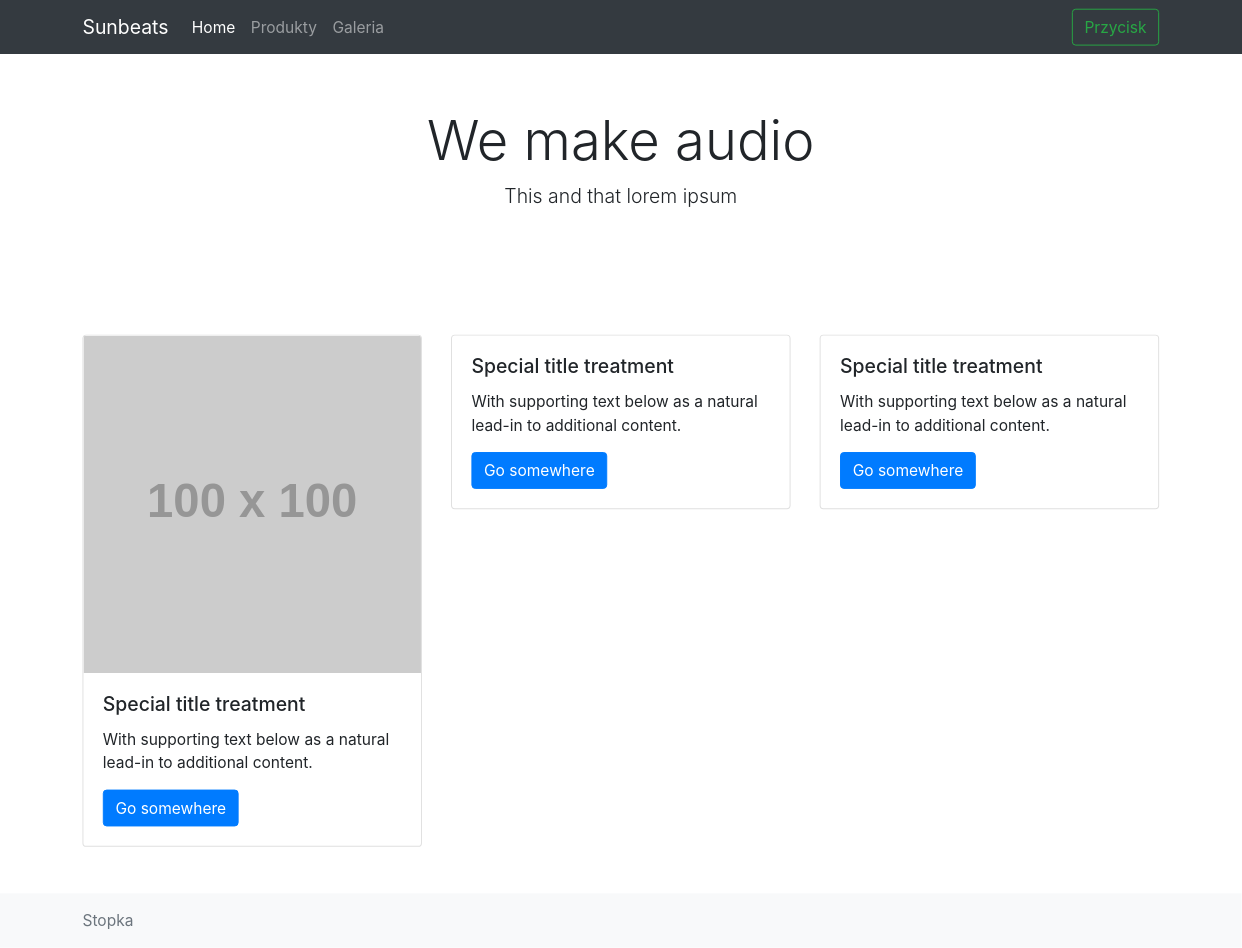
Repository: Audio-site/sunbeats
Page: index.html
An editor plug-in stored every save of this project. The page is shown before and after the next save, followed by the edit.
The browser window is 1280 px wide. The pictures show the whole page, at 97% of full size.

Above is the page before, as saved 2020-08-25 01:01:24.

### index.html
<!doctype html>
<html lang="en" class="h-100">

<head>
  <meta charset="utf-8">
  <meta name="viewport" content="width=device-width, initial-scale=1, shrink-to-fit=no">
  <meta name="description" content="">
  <meta name="author" content="Mark Otto, Jacob Thornton, and Bootstrap contributors">
  <meta name="generator" content="Jekyll v4.1.1">
  <title>Sunbeats</title>

  <link rel="canonical" href="https://getbootstrap.com/docs/4.5/examples/sticky-footer-navbar/">

  <!-- Bootstrap core CSS -->
  <link href="../assets/dist/css/bootstrap.min.css" rel="stylesheet">

</head>
<div class="d-flex flex-column h-100">
  <header>
    <!-- Fixed navbar -->
    <nav class="navbar navbar-expand-md navbar-dark fixed-top bg-dark">
      <div class="container">
        <a class="navbar-brand" href="#">Sunbeats</a>
        <button class="navbar-toggler" type="button" data-toggle="collapse" data-target="#navbarCollapse"
          aria-controls="navbarCollapse" aria-expanded="false" aria-label="Toggle navigation">
          <span class="navbar-toggler-icon"></span>
        </button>
        <div class="collapse navbar-collapse" id="navbarCollapse">
          <ul class="navbar-nav mr-auto">
            <li class="nav-item active">
              <a class="nav-link" href="../index.html">Home <span class="sr-only">(current)</span></a>
            </li>
            <li class="nav-item">
              <a class="nav-link" href="../products.html">Produkty</a>
            </li>
            <li class="nav-item">
              <a class="nav-link" href="#">Galeria</a>
            </li>
          </ul>
          <button class="btn btn-outline-success my-2 my-sm-0" type="submit">Przycisk</button>
        </div>
      </div>
    </nav>
  </header>

  <!-- Begin page content -->
  <main role="main">
    <div class="jumbotron jumbotron-fluid text-center my-5 bg-white">
      <div class="container">
        <h1 class="display-4">We make audio</h1>
        <p class="lead">This and that lorem ipsum</p>
      </div>
    </div>

    <section>
      <div class="container">


        <div class="row my-5">


          <div class="col-sm-4">
            <div class="card">
              <img src="https://placehold.it/100x100" class="card-img-top" alt="...">
              <div class="card-body">
                <h5 class="card-title">Special title treatment</h5>
                <p class="card-text">With supporting text below as a natural lead-in to additional content.</p>
                <a href="#" class="btn btn-primary">Go somewhere</a>
              </div>
            </div>
          </div>
          <div class="col-sm-4">
            <div class="card">
              <div class="card-body">
                <h5 class="card-title">Special title treatment</h5>
                <p class="card-text">With supporting text below as a natural lead-in to additional content.</p>
                <a href="#" class="btn btn-primary">Go somewhere</a>
              </div>
            </div>
          </div>
          <div class="col-sm-4">
            <div class="card">
              <div class="card-body">
                <h5 class="card-title">Special title treatment</h5>
                <p class="card-text">With supporting text below as a natural lead-in to additional content.</p>
                <a href="#" class="btn btn-primary">Go somewhere</a>
              </div>
            </div>
          </div>

        </div>


      </div>
    </section>

  </main>


  <footer class="footer mt-auto py-3 bg-light">
    <div class="container">
      <span class="text-muted">Stopka</span>
    </div>
  </footer>
  <script src="https://code.jquery.com/jquery-3.5.1.slim.min.js"
    integrity="sha384-DfXdz2htPH0lsSSs5nCTpuj/zy4C+OGpamoFVy38MVBnE+IbbVYUew+OrCXaRkfj" crossorigin="anonymous">
  </script>
  <script>
    window.jQuery || document.write('<script src="../assets/js/vendor/jquery.slim.min.js"><\/script>')
  </script>
  <script src="../assets/dist/js/bootstrap.bundle.min.js"></script>

</html>

Loaded but not shown: assets/dist/css/bootstrap.min.css (library); assets/dist/js/bootstrap.bundle.min.js (library)

After the next save:
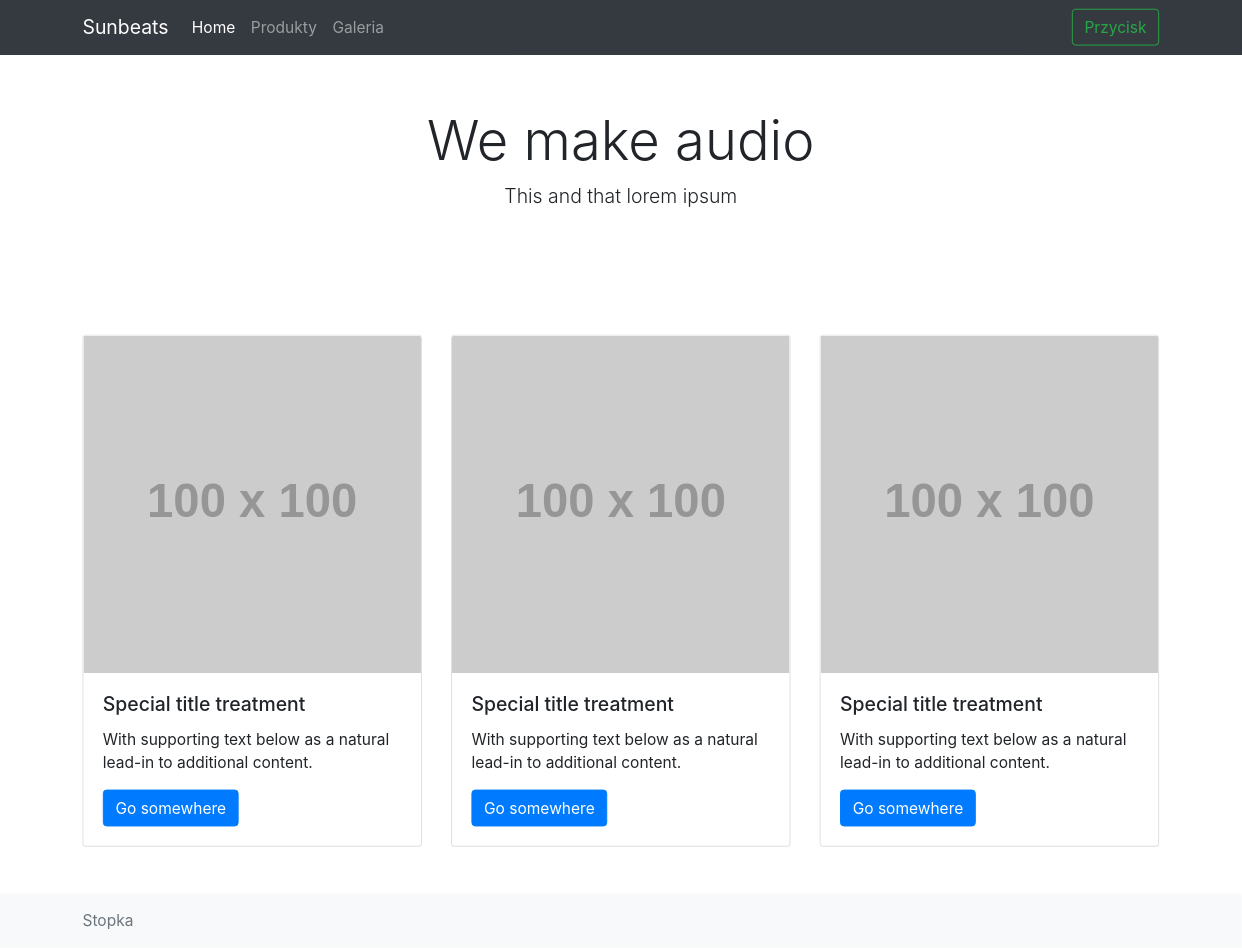
Saved 17 s later.
--- a/index.html
+++ b/index.html
@@ -71,6 +71,7 @@
           </div>
           <div class="col-sm-4">
             <div class="card">
+              <img src="https://placehold.it/100x100" class="card-img-top" alt="...">
               <div class="card-body">
                 <h5 class="card-title">Special title treatment</h5>
                 <p class="card-text">With supporting text below as a natural lead-in to additional content.</p>
@@ -80,6 +81,7 @@
           </div>
           <div class="col-sm-4">
             <div class="card">
+              <img src="https://placehold.it/100x100" class="card-img-top" alt="...">
               <div class="card-body">
                 <h5 class="card-title">Special title treatment</h5>
                 <p class="card-text">With supporting text below as a natural lead-in to additional content.</p>
